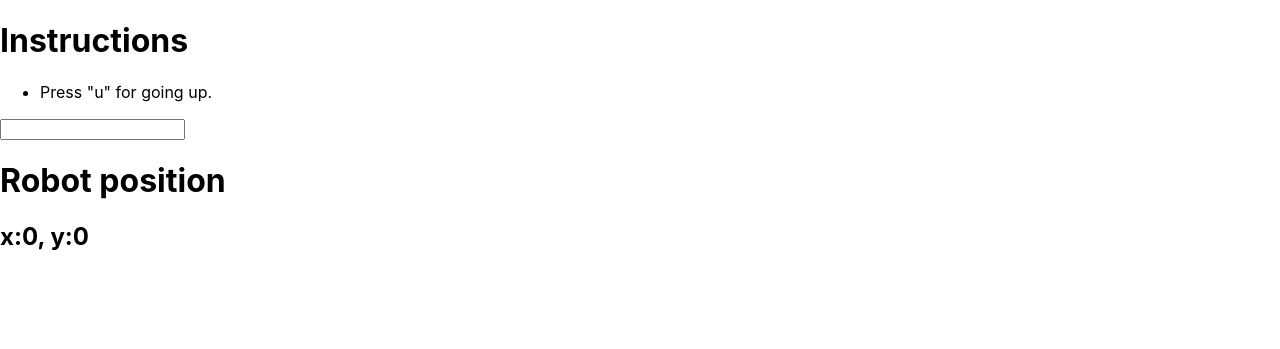
Repository: mariocapitbrok/robot-position
Page: /
These files come from the project's save history. The page is drawn as it stood at one moment and after the next save; the edit follows.
The browser window is 1280 px wide. The pictures show the whole page.
The project was rebuilt for these pictures with package versions that can differ from the ones it lists, and the page was loaded fresh each time. Also part of the build but not shown: src/App.css.

Above is the page before, as saved 2021-12-01 18:25:45.

After the next save:
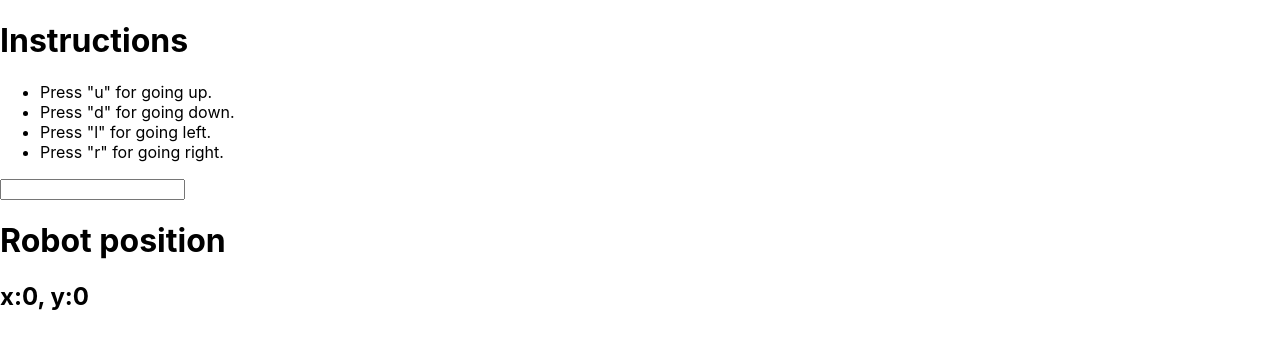
Saved 38 s later.
--- a/src/components/robot.jsx
+++ b/src/components/robot.jsx
@@ -56,6 +56,9 @@ const Robot = () => {
         <h1>Instructions</h1>
         <ul>
           <li>Press "u" for going up.</li>
+          <li>Press "d" for going down.</li>
+          <li>Press "l" for going left.</li>
+          <li>Press "r" for going right.</li>
         </ul>
         <input onChange={handleChange} name="value" type="text" value={value} />
       </form>
